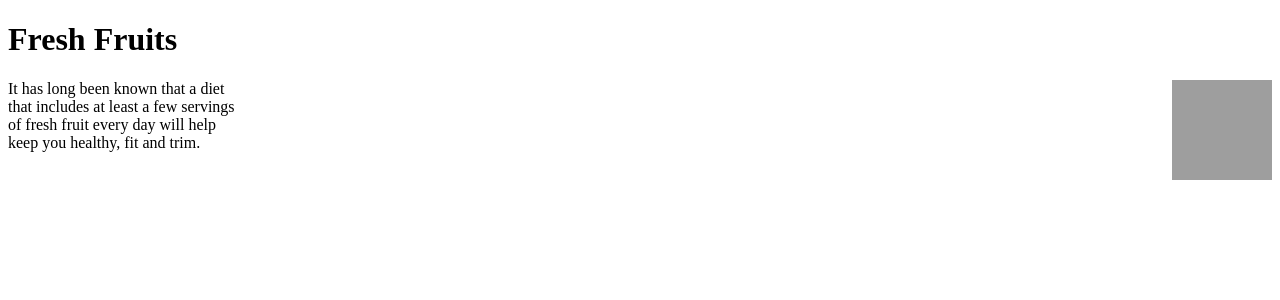
Repository: Helianthusss/Learn-CPP
Page: HTML/lap2/bai1.html
These files come from the project's save history. The page is drawn as it stood at one moment and after the next save; the edit follows.
The browser window is 1280 px wide. The pictures show the whole page.
Pictures or frames that could not be fetched are drawn as grey boxes.

Above is the page before, as saved 2021-09-22 09:43:24.

After the next save:
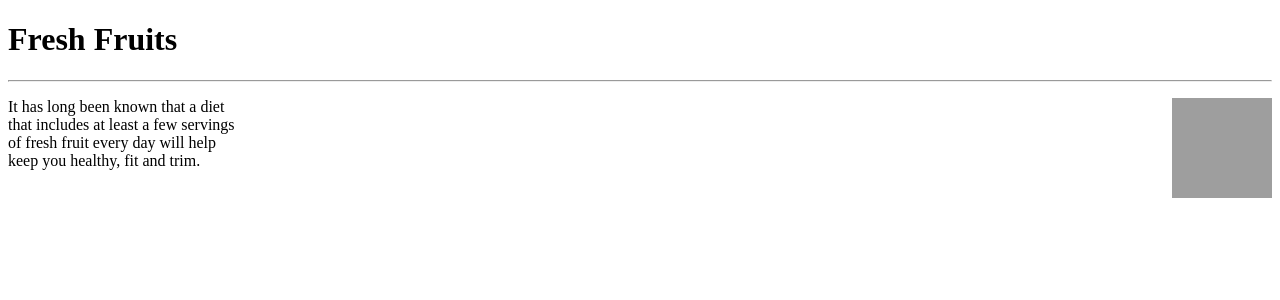
Saved 97 s later.
--- a/HTML/lap2/bai1.html
+++ b/HTML/lap2/bai1.html
@@ -13,7 +13,8 @@
     </style>
   </head>
   <body>
-    <h1 align="botton">Fresh Fruits</h1>
+    <h1>Fresh Fruits</h1>
+    <hr />
     <p>
       <img
         src="https://img.lovepik.com/element/40111/3411.png_860.png"

After the save that followed:
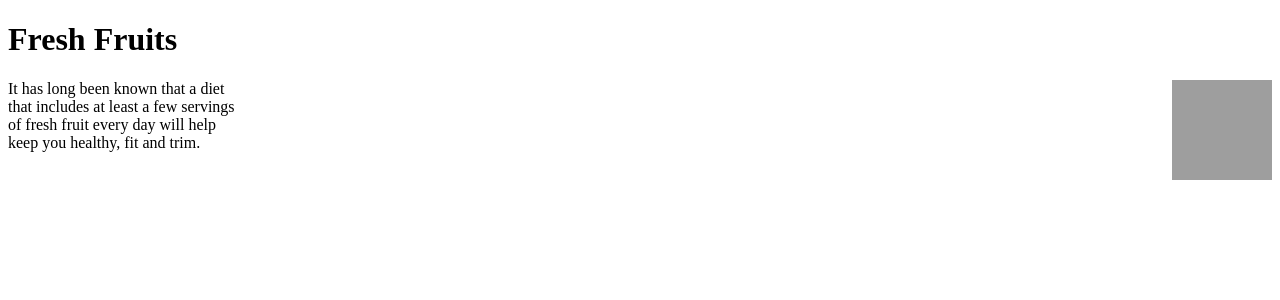
Saved 25 s later.
--- a/HTML/lap2/bai1.html
+++ b/HTML/lap2/bai1.html
@@ -14,7 +14,6 @@
   </head>
   <body>
     <h1>Fresh Fruits</h1>
-    <hr />
     <p>
       <img
         src="https://img.lovepik.com/element/40111/3411.png_860.png"
